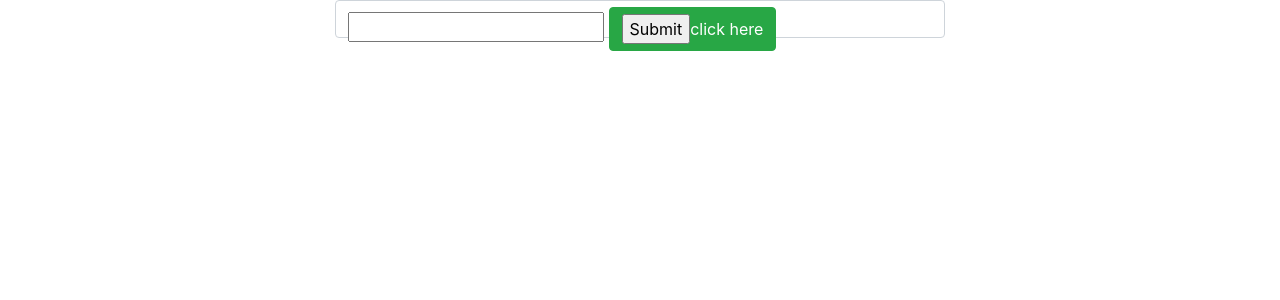
Repository: prashantkumarbind/Hospital-Weather-Concept
Page: http://localhost/weather-app/
An editor plug-in stored every save of this project. The page is shown before and after the next save, followed by the edit.
The browser window is 1280 px wide. The pictures show the whole page.
The page is served by Tomcat 9. Other server files are loaded and not shown.

Above is the page before, as saved 2024-01-19 03:55:14.

### weather-app/src/main/webapp/index.jsp
<%@ page language="java" contentType="text/html; charset=ISO-8859-1"
    pageEncoding="ISO-8859-1"%>
<!DOCTYPE html>
<html>
<head>
<meta charset="ISO-8859-1">
<meta charset="utf-8">
<meta name="viewport" content="width=device-width, initial-scale=1, shrink-to-fit=no">
<link rel="stylesheet" href="https://cdn.jsdelivr.net/npm/bootstrap@4.6.2/dist/css/bootstrap.min.css"
>
<title>weather app</title>
</head>
<body>

		<section class="form-top-header header-top">
			<div class="container-fluid">
				<div class="row justify-content-center">
					<div class="col-6 form controller">
						<form action="FormDataController" method="Post">
							 <div class="form-control">
							 	<input type="text" name="city_name" class="">
							 	<button class="btn btn-success"><input type="submit">click here</button>
							 </div>
						</form>
					</div>
				</div>
			</div>
		</section>
 <!-- <script src="https://cdn.jsdelivr.net/npm/jquery@3.5.1/dist/jquery.slim.min.js"></script>
 <script src="https://cdn.jsdelivr.net/npm/bootstrap@4.6.2/dist/js/bootstrap.bundle.min.js"></script>
 -->
</body>
</html>

After the next save:
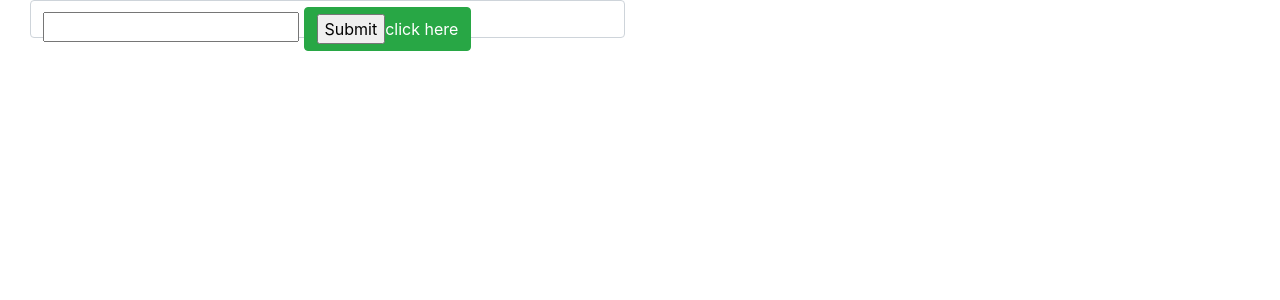
Saved 12 s later.
--- a/weather-app/src/main/webapp/index.jsp
+++ b/weather-app/src/main/webapp/index.jsp
@@ -14,7 +14,7 @@
 
 		<section class="form-top-header header-top">
 			<div class="container-fluid">
-				<div class="row justify-content-center">
+				<div class="row-lg justify-content-center">
 					<div class="col-6 form controller">
 						<form action="FormDataController" method="Post">
 							 <div class="form-control">

After the save that followed:
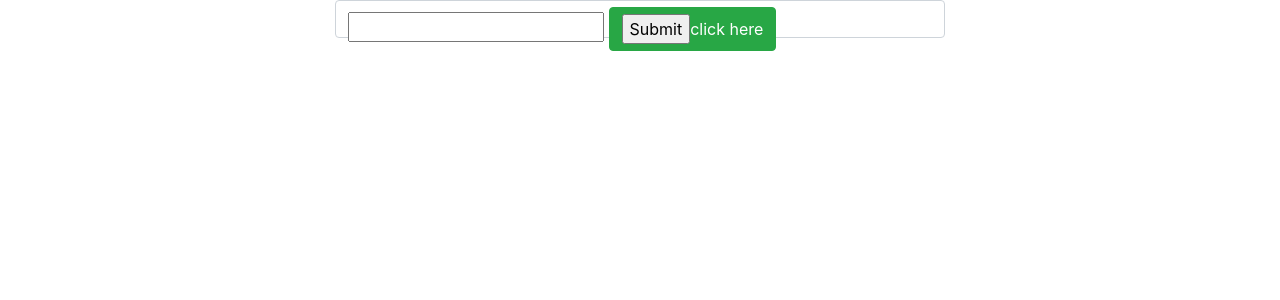
Saved 8 s later.
--- a/weather-app/src/main/webapp/index.jsp
+++ b/weather-app/src/main/webapp/index.jsp
@@ -14,7 +14,7 @@
 
 		<section class="form-top-header header-top">
 			<div class="container-fluid">
-				<div class="row-lg justify-content-center">
+				<div class="row justify-content-center">
 					<div class="col-6 form controller">
 						<form action="FormDataController" method="Post">
 							 <div class="form-control">
